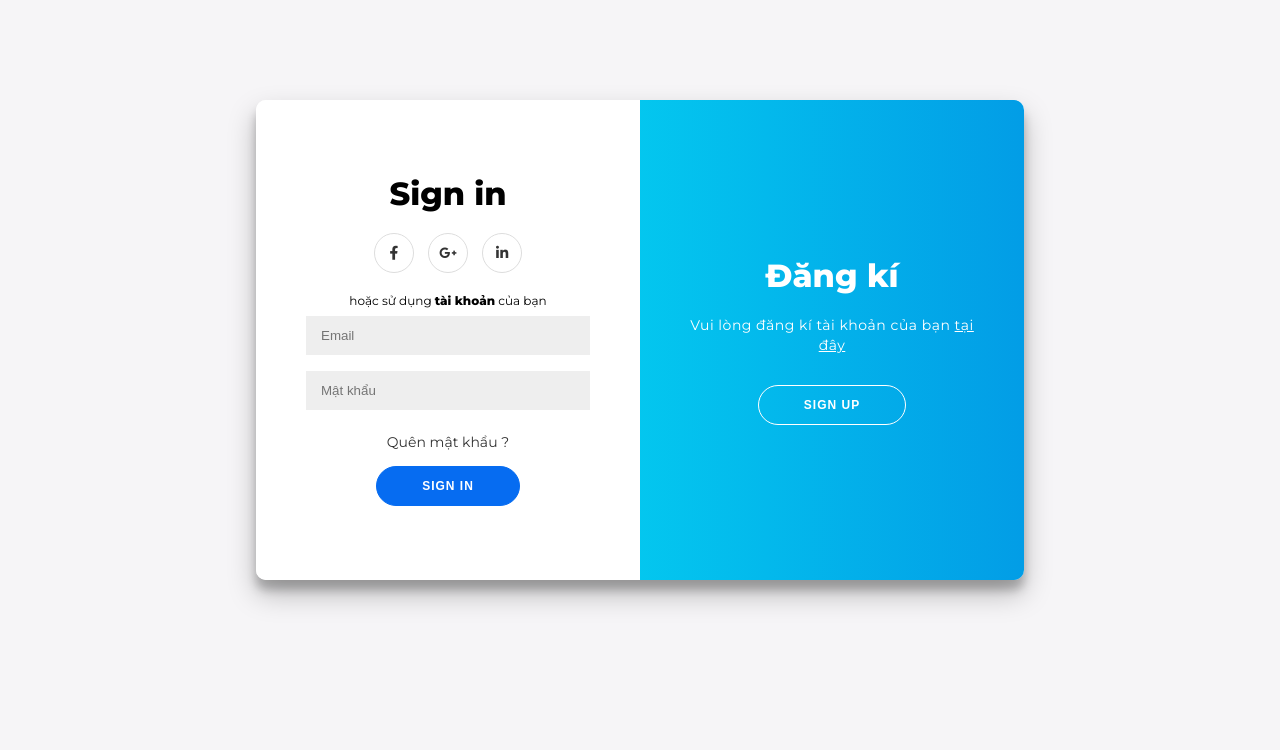
Repository: tranvanthinh/Login_register
Page: index.html
These files come from the project's save history. The page is drawn as it stood at one moment and after the next save; the edit follows.
The browser window is 1280 px wide. The pictures show the whole page.
Some web libraries are served in a nearby version.

Above is the page before, as saved 2021-12-31 10:42:43.

After the next save:
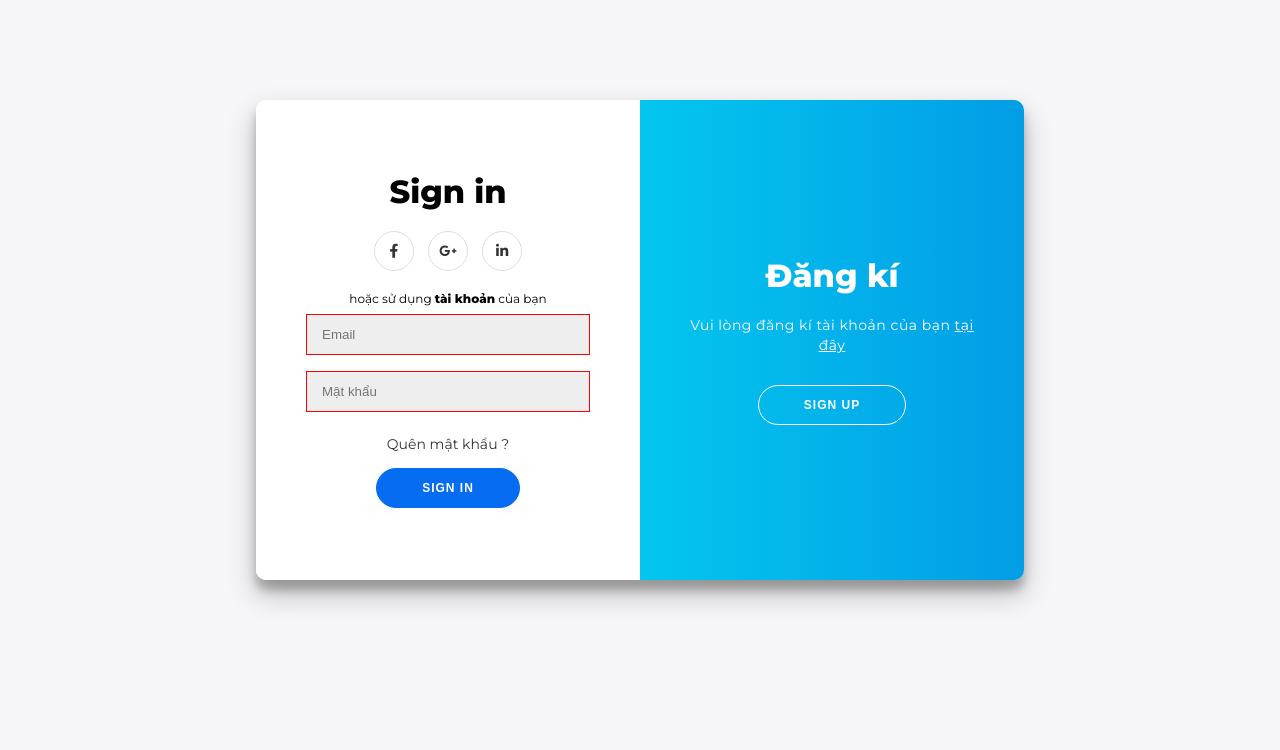
Saved 22 s later.
--- a/css/style.css
+++ b/css/style.css
@@ -85,11 +85,10 @@ form {
 
 input {
   background-color: #eee;
-  border: none;
+  border: 1px solid red;
   padding: 12px 15px;
   margin: 8px 0;
   width: 100%;
-
 }
 
 .container {
